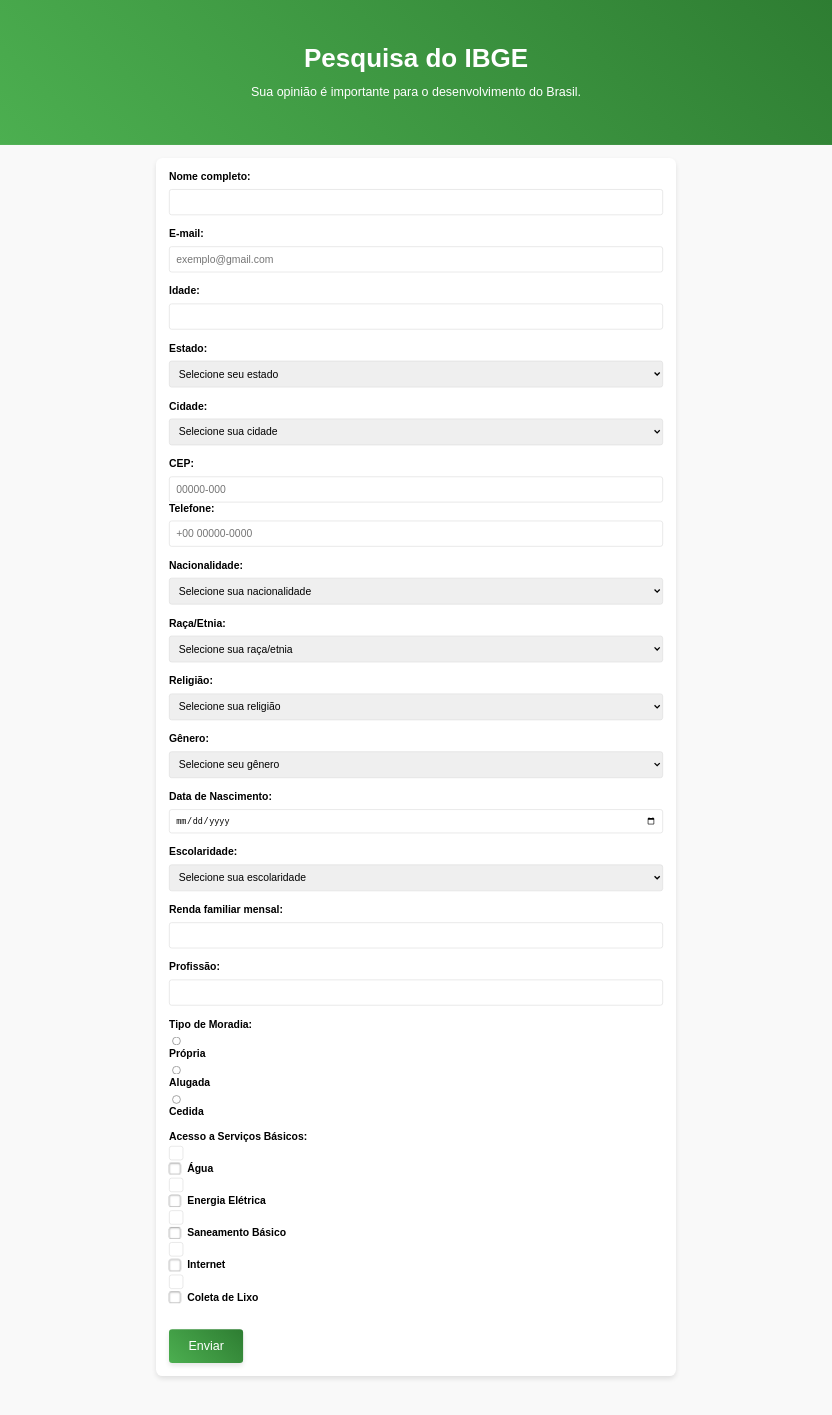
Repository: Gabrielb0rn/Projeto-Formul-rio.io
Page: index.html
An editor plug-in stored every save of this project. The page is shown before and after the next save, followed by the edit.
The browser window is 1280 px wide. The pictures show the whole page, at 65% of full size.

Above is the page before, as saved 2024-07-01 09:06:29.

### index.html
<!DOCTYPE html>
<html lang="pt-BR">
<head>
    <meta charset="UTF-8">
    <meta name="viewport" content="width=device-width, initial-scale=1.0">
    <title>Pesquisa do IBGE</title>
    <link rel="stylesheet" href="assets/style.css">
</head>
<body>
    <header>
        <div class="container">
            <h1>Pesquisa do IBGE</h1>
            <p>Sua opinião é importante para o desenvolvimento do Brasil.</p>
        </div>
    </header>
    <main>
        <div class="container">
            <form id="form">
                <div class="form-group">
                    <label for="nome">Nome completo:</label>
                    <input type="text" id="nome" name="nome" required>
                </div>
                <div class="form-group">
                    <label for="email">E-mail:</label>
                    <input type="email" id="email" name="email" required placeholder="exemplo@gmail.com">
                </div>
                <div class="form-group">
                    <label for="idade">Idade:</label>
                    <input type="number" id="idade" name="idade" required>
                </div>
                <div class="form-group">
                    <label for="estado">Estado:</label>
                    <select id="estado" name="estado" required>
                        <option value="">Selecione seu estado</option>
                        <option value="AC">Acre</option>
                        <option value="AL">Alagoas</option>
                        <option value="AP">Amapá</option>
                        <option value="AM">Amazonas</option>
                        <option value="BA">Bahia</option>
                        <option value="CE">Ceará</option>
                        <option value="DF">Distrito Federal</option>
                        <option value="ES">Espírito Santo</option>
                        <option value="GO">Goiás</option>
                        <option value="MA">Maranhão</option>
                        <option value="MG">Minas Gerais</option>
                        <option value="MS">Mato Grosso do Sul</option>
                        <option value="MT">Mato Grosso</option>
                        <option value="PA">Pará</option>
                        <option value="PB">Paraíba</option>
                        <option value="PE">Pernambuco</option>
                        <option value="PI">Piauí</option>
                        <option value="PR">Paraná</option>
                        <option value="RJ">Rio de Janeiro</option>
                        <option value="RN">Rio Grande do Norte</option>
                        <option value="RO">Rondônia</option>
                        <option value="RR">Roraima</option>
                        <option value="RS">Rio Grande do Sul</option>
                        <option value="SC">Santa Catarina</option>
                        <option value="SE">Sergipe</option>
                        <option value="SP">São Paulo</option>
                        <option value="TO">Tocantins</option>
                    </select>
                </div>
                <div class="form-group inline-group">
                    <div class="form-group">
                        <label for="cidade">Cidade:</label>
                        <select id="cidade" name="cidade" required>
                            <option value="">Selecione sua cidade</option>
                        </select>
                    </div>
                </div>
                <div class="form-group inline-group">
                    <div>
                        <label for="cep">CEP:</label>
                        <input type="text" id="cep" name="cep" required placeholder="00000-000">
                    </div>
                    <div>
                        <label for="telefone">Telefone:</label>
                        <input type="tel" id="telefone" name="telefone" required placeholder="+00 00000-0000">
                    </div>
                </div>
                <div class="form-group">
                    <label for="nacionalidade">Nacionalidade:</label>
                    <select id="nacionalidade" name="nacionalidade" required>
                        <option value="">Selecione sua nacionalidade</option>
                        <option value="Brasileiro">Brasileiro</option>
                        <option value="Estrangeiro">Estrangeiro</option>
                    </select>
                </div>
                <div class="form-group">
                    <label for="raca">Raça/Etnia:</label>
                    <select id="raca" name="raca" required>
                        <option value="">Selecione sua raça/etnia</option>
                        <option value="Branca"></option>
                        <option value="Preta"></option>
                        <option value="Parda"></option>
                        <option value="Amarela"></option>
                        <option value="Indígena"></option>
                        <option value="Alien"></option>
                    </select>
                </div>
                <div class="form-group">
                    <label for="religiao">Religião:</label>
                    <select id="religiao" name="religiao" required>
                        <option value="">Selecione sua religião</option>
                        <option value="Católica"></option>
                        <option value="Evangélica"></option>
                        <option value="Espírita"></option>
                        <option value="Outras"></option>
                    </select>
                </div>
                <div class="form-group">
                    <label for="genero">Gênero:</label>
                    <select id="genero" name="genero" required>
                        <option value="">Selecione seu gênero</option>
                        <option value="Masculino">Masculino</option>
                        <option value="Feminino">Feminino</option>
                        <option value="Outro">Outro</option>
                    </select>
                </div>
                <div class="form-group">
                    <label for="data_nascimento">Data de Nascimento:</label>
                    <input type="date" id="data_nascimento" name="data_nascimento" required>
                </div>
                <div class="form-group">
                    <label for="escolaridade">Escolaridade:</label>
                    <select id="escolaridade" name="escolaridade" required>
                        <option value="">Selecione sua escolaridade</option>
                        <option value="Ensino Fundamental Incompleto">Ensino Fundamental Incompleto</option>
                        <option value="Ensino Fundamental Completo">Ensino Fundamental Completo</option>
                        <option value="Ensino Médio Incompleto">Ensino Médio Incompleto</option>
                        <option value="Ensino Médio Completo">Ensino Médio Completo</option>
                        <option value="Superior Incompleto">Superior Incompleto</option>
                        <option value="Superior Completo">Superior Completo</option>
                        <option value="Pós-Graduação">Pós-Graduação</option>
                    </select>
                </div>
                <div class="form-group">
                    <label for="renda">Renda familiar mensal:</label>
                    <input type="number" id="renda" name="renda" required>
                </div>
                <div class="form-group">
                    <label for="profissao">Profissão:</label>
                    <input type="text" id="profissao" name="profissao">
                </div>
                <div class="form-group radio-group">
                    <label>Tipo de Moradia:</label>
                    <div>
                        <input type="radio" id="propria" name="moradia" value="propria">
                        <label for="propria">Própria</label>
                    </div>
                    <div>
                        <input type="radio" id="alugada" name="moradia" value="alugada">
                        <label for="alugada">Alugada</label>
                    </div>
                    <div>
                        <input type="radio" id="cedida" name="moradia" value="cedida">
                        <label for="cedida">Cedida</label>
                    </div>
                </div>
                <div class="form-group checkbox-group">
                    <label>Acesso a Serviços Básicos:</label>
                    <div class="checkbox-wrapper-1">
                        <input id="agua" class="substituted" type="checkbox" name="servicos" value="agua">
                        <label for="agua">Água</label>
                    </div>
                    <div class="checkbox-wrapper-1">
                        <input id="energia" class="substituted" type="checkbox" name="servicos" value="energia">
                        <label for="energia">Energia Elétrica</label>
                    </div>
                    <div class="checkbox-wrapper-1">
                        <input id="saneamento" class="substituted" type="checkbox" name="servicos" value="saneamento">
                        <label for="saneamento">Saneamento Básico</label>
                    </div>
                    <div class="checkbox-wrapper-1">
                        <input id="internet" class="substituted" type="checkbox" name="servicos" value="internet">
                        <label for="internet">Internet</label>
                    </div>
                    <div class="checkbox-wrapper-1">
                        <input id="coleta" class="substituted" type="checkbox" name="servicos" value="coleta">
                        <label for="coleta">Coleta de Lixo</label>
                    </div>
                </div>

                <button type="submit" class="btn">Enviar</button>
            </form>
        </div>

    </main>
    <script src="assets\scripts.js"></script>
</body>
</html>

### assets/style.css
/* Estilos Globais */
body {
    font-family: 'Arial', sans-serif;
    margin: 0;
    padding: 0;
    background-color: #f9f9f9;
}

header {
    background: linear-gradient(45deg, #4CAF50, #2E7D32);
    color: white;
    padding: 20px 0;
    text-align: center;
}

.container {
    width: 90%;
    max-width: 800px;
    margin: 0 auto;
    padding: 20px;
}

/* Estilos de Texto */
h1 {
    font-size: 2.5em;
    margin-bottom: 10px;
}

p {
    font-size: 1.2em;
    margin-bottom: 30px;
}

/* Estilos do Formulário */
form {
    background-color: white;
    padding: 20px;
    border-radius: 10px;
    box-shadow: 0 4px 8px rgba(0, 0, 0, 0.1);
    margin-bottom: 40px;
}

.form-group {
    margin-bottom: 20px;
}

label {
    display: block;
    margin-bottom: 5px;
    font-weight: bold;
}

input, select {
    width: 100%;
    padding: 10px;
    border: 1px solid #ddd;
    border-radius: 4px;
    box-sizing: border-box;
    font-size: 1em;
    margin-top: 5px;
}

input[type="radio"], input[type="checkbox"] {
    width: auto;
    margin-right: 10px;
}

input[type="date"] {
    padding: 9px;
}

button {
    background: linear-gradient(45deg, #4CAF50, #2E7D32);
    color: white;
    border: none;
    padding: 15px 30px;
    text-align: center;
    cursor: pointer;
    border-radius: 5px;
    font-size: 1.2em;
    margin-top: 20px;
    transition: background 0.3s ease, transform 0.2s ease;
    box-shadow: 0 4px 8px rgba(0, 0, 0, 0.1);
}

button:hover {
    background: linear-gradient(45deg, #45a049, #388E3C);
    transform: translateY(-2px);
}

/* Estilos Responsivos */
@media (max-width: 600px) {
    h1 {
        font-size: 2em;
    }

    p {
        font-size: 1em;
    }

    form {
        padding: 15px;
    }

    button {
        width: 100%;
        padding: 15px;
    }
}

/* Estilos dos Checkboxes */
.checkbox-wrapper-1 *,
.checkbox-wrapper-1 ::after,
.checkbox-wrapper-1 ::before {
    box-sizing: border-box;
}
.checkbox-wrapper-1 [type=checkbox].substituted {
    margin: 0;
    width: 0;
    height: 0;
    display: inline;
    -webkit-appearance: none;
    -moz-appearance: none;
    appearance: none;
}
.checkbox-wrapper-1 [type=checkbox].substituted + label:before {
    content: "";
    display: inline-block;
    vertical-align: top;
    height: 1.15em;
    width: 1.15em;
    margin-right: 0.6em;
    color: rgba(0, 0, 0, 0.275);
    border: solid 0.06em;
    box-shadow: 0 0 0.04em, 0 0.06em 0.16em -0.03em inset, 0 0 0 0.07em transparent inset;
    border-radius: 0.2em;
    background: url('data:[embedded picture, 371 characters]') no-repeat center, white;
    background-size: 0;
    will-change: color, border, background, background-size, box-shadow;
    transform: translate3d(0, 0, 0);
    transition: color 0.1s, border 0.1s, background 0.15s, box-shadow 0.1s;
}
.checkbox-wrapper-1 [type=checkbox].substituted:enabled:active + label:before,
.checkbox-wrapper-1 [type=checkbox].substituted:enabled + label:active:before {
    box-shadow: 0 0 0.04em, 0 0.06em 0.16em -0.03em transparent inset, 0 0 0 0.07em rgba(0, 0, 0, 0.1) inset;
    background-color: #f0f0f0;
}
.checkbox-wrapper-1 [type=checkbox].substituted:checked + label:before {
    background-color: #3B99FC;
    background-size: 0.75em;
    color: rgba(0, 0, 0, 0.075);
}
.checkbox-wrapper-1 [type=checkbox].substituted:checked:enabled:active + label:before,
.checkbox-wrapper-1 [type=checkbox].substituted:checked:enabled + label:active:before {
    background-color: #0a7ffb;
    color: rgba(0, 0, 0, 0.275);
}
.checkbox-wrapper-1 [type=checkbox].substituted:focus + label:before {
    box-shadow: 0 0 0.04em, 0 0.06em 0.16em -0.03em transparent inset, 0 0 0 0.07em rgba(0, 0, 0, 0.1) inset, 0 0 0 3.3px rgba(65, 159, 255, 0.55), 0 0 0 5px rgba(65, 159, 255, 0.3);
}
.checkbox-wrapper-1 [type=checkbox].substituted:focus:active + label:before,
.checkbox-wrapper-1 [type=checkbox].substituted:active:focus + label:before {
    box-shadow: 0 0 0.04em, 0 0.06em 0.16em -0.03em transparent inset, 0 0 0 0.07em rgba(0, 0, 0, 0.1) inset, 0 0 0 3.3px rgba(65, 159, 255, 0.55), 0 0 0 5px rgba(65, 159, 255, 0.3), 0 0 0 5.3px rgba(65, 159, 255, 0.3), 0 0 0 7px rgba(65, 159, 255, 0.15);
}

### assets/scripts.js
document.addEventListener('DOMContentLoaded', function() {
    const estadoSelect = document.getElementById('estado');
    const cidadeSelect = document.getElementById('cidade');

    const cidadesPorEstado = {
        "AC": ["Rio Branco", "Cruzeiro do Sul", "Sena Madureira"],
        "AL": ["Maceió", "Arapiraca", "Palmeira dos Índios"],
        "AP": ["Macapá", "Santana", "Laranjal do Jari"],
        "AM": ["Manaus", "Parintins", "Itacoatiara"],
        "BA": ["Salvador", "Feira de Santana", "Vitória da Conquista"],
        "CE": ["Fortaleza", "Caucaia", "Juazeiro do Norte"],
        "DF": ["Brasília"],
        "ES": ["Vitória", "Vila Velha", "Serra"],
        "GO": ["Goiânia", "Aparecida de Goiânia", "Anápolis"],
        "MA": ["São Luís", "Imperatriz", "Timon"],
        "MG": ["Belo Horizonte", "Uberlândia", "Contagem"],
        "MS": ["Campo Grande", "Dourados", "Três Lagoas"],
        "MT": ["Cuiabá", "Várzea Grande", "Rondonópolis"],
        "PA": ["Belém", "Ananindeua", "Santarém"],
        "PB": ["João Pessoa", "Campina Grande", "Santa Rita"],
        "PE": ["Recife", "Jaboatão dos Guararapes", "Olinda"],
        "PI": ["Teresina", "Parnaíba", "Picos"],
        "PR": ["Curitiba", "Londrina", "Maringá"],
        "RJ": ["Rio de Janeiro", "Niterói", "Duque de Caxias"],
        "RN": ["Natal", "Mossoró", "Parnamirim"],
        "RO": ["Porto Velho", "Ji-Paraná", "Ariquemes"],
        "RR": ["Boa Vista", "Rorainópolis", "Caracaraí"],
        "RS": ["Porto Alegre", "Caxias do Sul", "Pelotas"],
        "SC": ["Florianópolis", "Joinville", "Blumenau"],
        "SE": ["Aracaju", "Nossa Senhora do Socorro", "Lagarto"],
        "SP": ["São Paulo", "Campinas", "São Bernardo do Campo"],
        "TO": ["Palmas", "Araguaína", "Gurupi"]
    };

    estadoSelect.addEventListener('change', function() {
        const estadoSelecionado = estadoSelect.value;
        cidadeSelect.innerHTML = '<option value="">Selecione sua cidade</option>'; //Script para limpar as outras opc

        if (estadoSelecionado) {
            const cidades = cidadesPorEstado[estadoSelecionado];
            cidades.forEach(function(cidade) {
                const option = document.createElement('option');
                option.value = cidade;
                option.textContent = cidade;
                cidadeSelect.appendChild(option);
            });
        }
    });
});

After the next save:
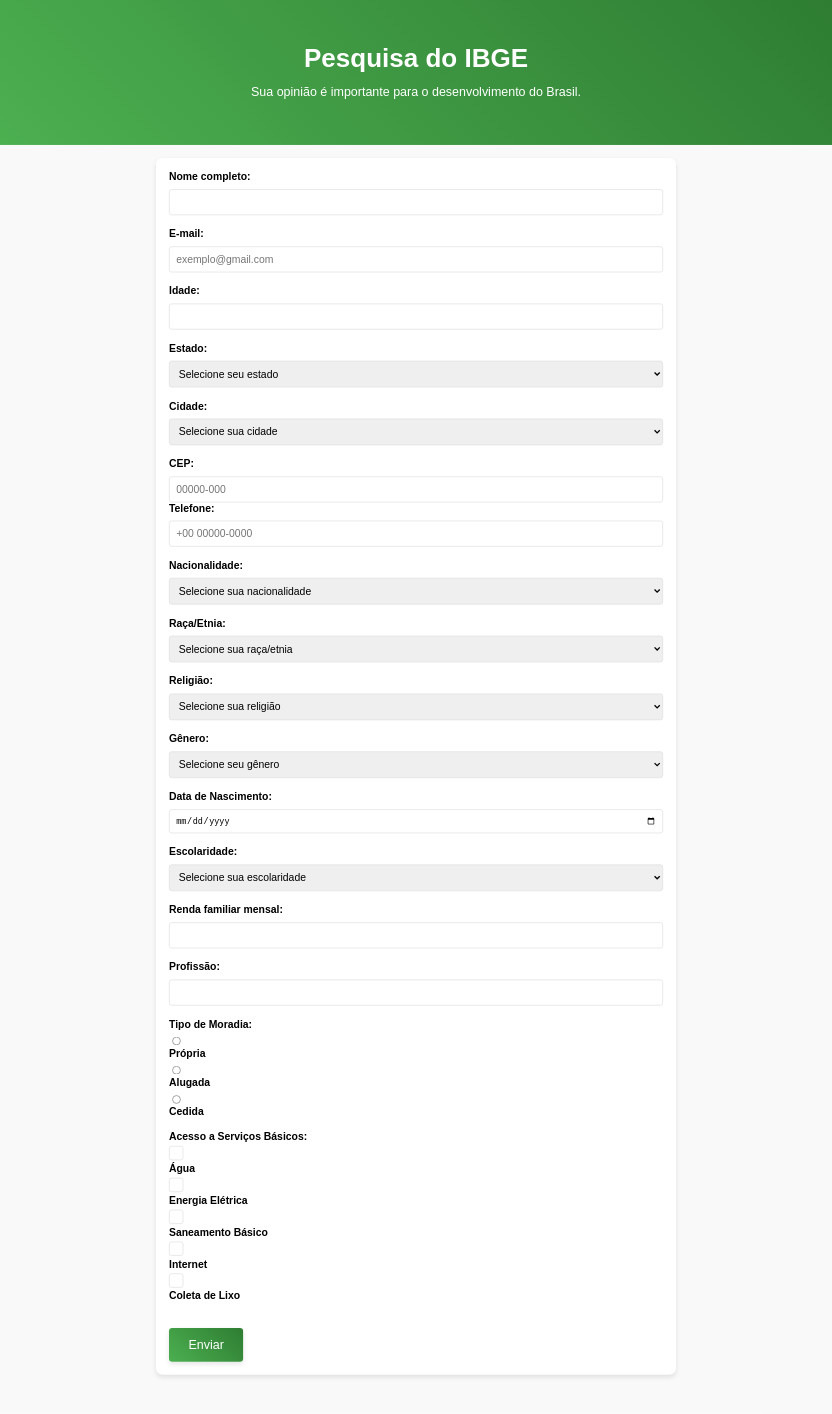
Saved 68 s later.
--- a/assets/style.css
+++ b/assets/style.css
@@ -124,7 +124,6 @@
     appearance: none;
 }
 .checkbox-wrapper-1 [type=checkbox].substituted + label:before {
-    content: "";
     display: inline-block;
     vertical-align: top;
     height: 1.15em;

After the save that followed:
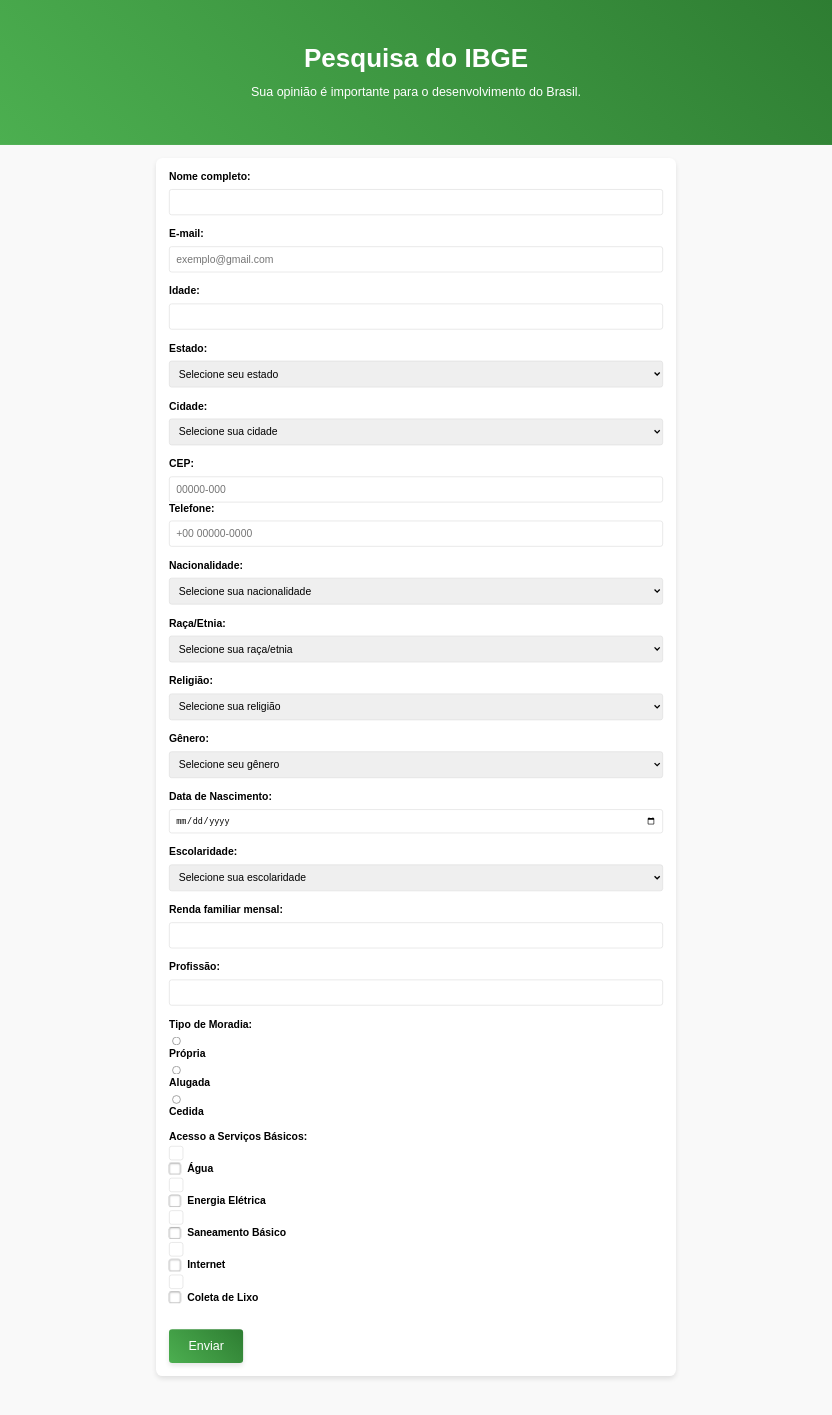
Saved 7 s later.
--- a/assets/style.css
+++ b/assets/style.css
@@ -124,6 +124,7 @@
     appearance: none;
 }
 .checkbox-wrapper-1 [type=checkbox].substituted + label:before {
+    content: "";
     display: inline-block;
     vertical-align: top;
     height: 1.15em;
